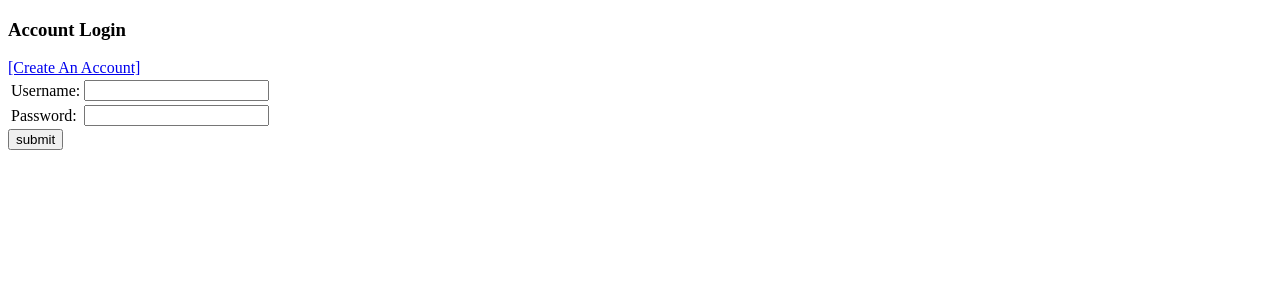
Repository: txnixhq/data_mgmt
Page: http://localhost/ProjectCS336/Customer/CustomerLoginPage.jsp
The author's editor kept a copy of each file at every save. The page is drawn from the files as they stood at one save, then again after the next save.
The browser window is 1280 px wide. The pictures show the whole page.
The page is served by Tomcat 9.

Above is the page before, as saved 2023-12-12 03:29:07.

After the next save:
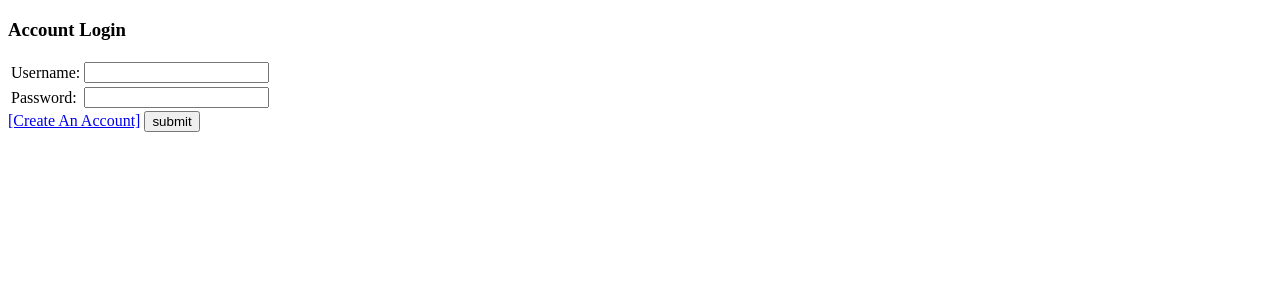
Saved 28 s later.
--- a/ProjectCS336/src/main/webapp/Customer/CustomerLoginPage.jsp
+++ b/ProjectCS336/src/main/webapp/Customer/CustomerLoginPage.jsp
@@ -20,8 +20,8 @@
 				<td>Password:</td>
 				<td><input type="text" name="password"></td>
 			</tr>
-			<a href="NewCustomerAcc.jsp">[Create An Account]</a>
 		</table>
+		<a href="NewCustomerAcc.jsp">[Create An Account]</a>
 		<input type="submit" value="submit">
 	</form>
 	<br>
